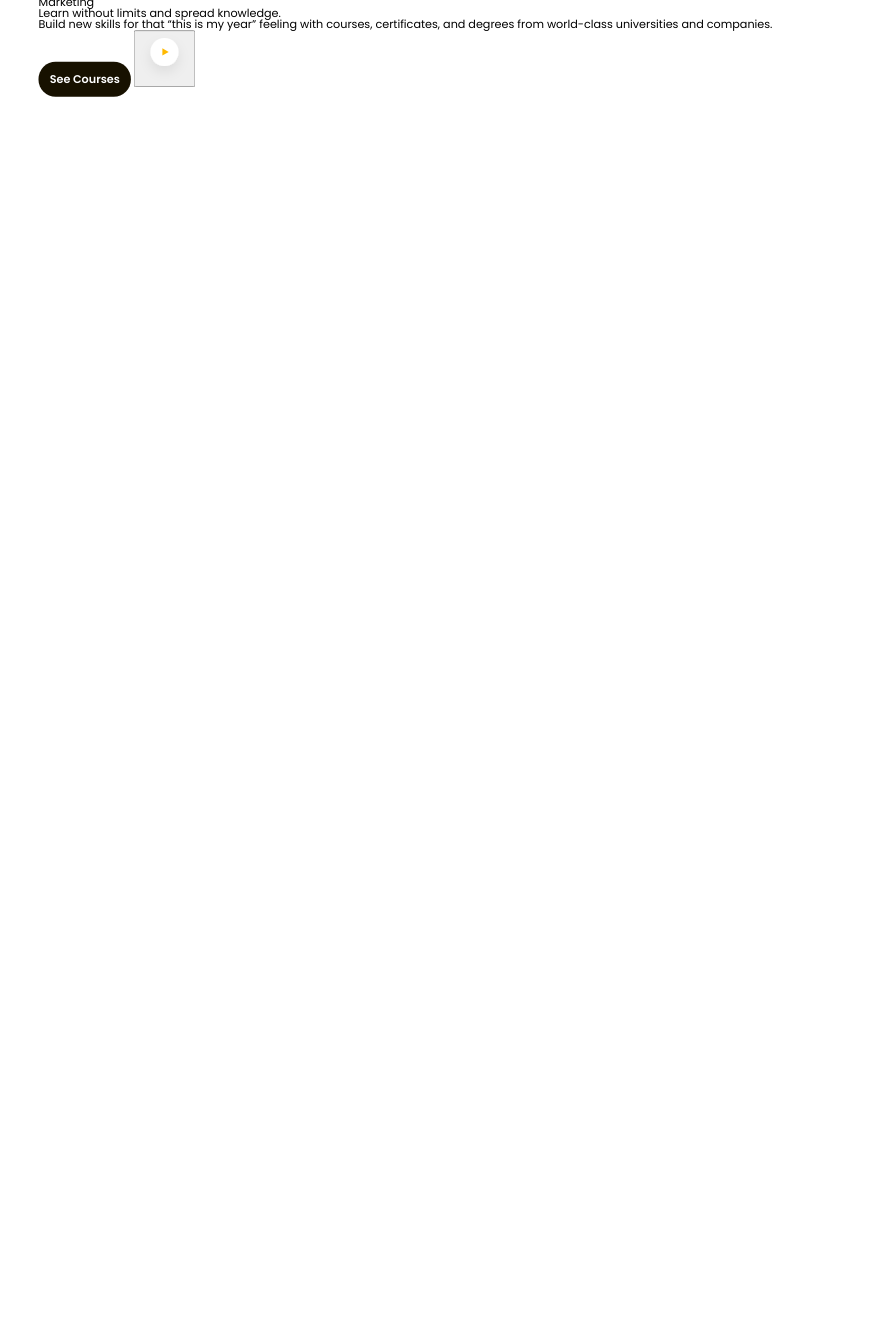
Repository: dongnguyen2112/htmlcss-project-02
Page: index.html
The author's editor kept a copy of each file at every save. The page is drawn from the files as they stood at one save, then again after a run of saves.
The browser window is 1280 px wide. The pictures show the part of the page from y = 965 to 2865 px (the page is 5000 px tall), at 70% of full size.
A picture or video elsewhere on the page could not be fetched, so the positions and the page height are approximate.

Above is the page before, as saved 2023-07-03 13:33:28.

After the next 2 saves:
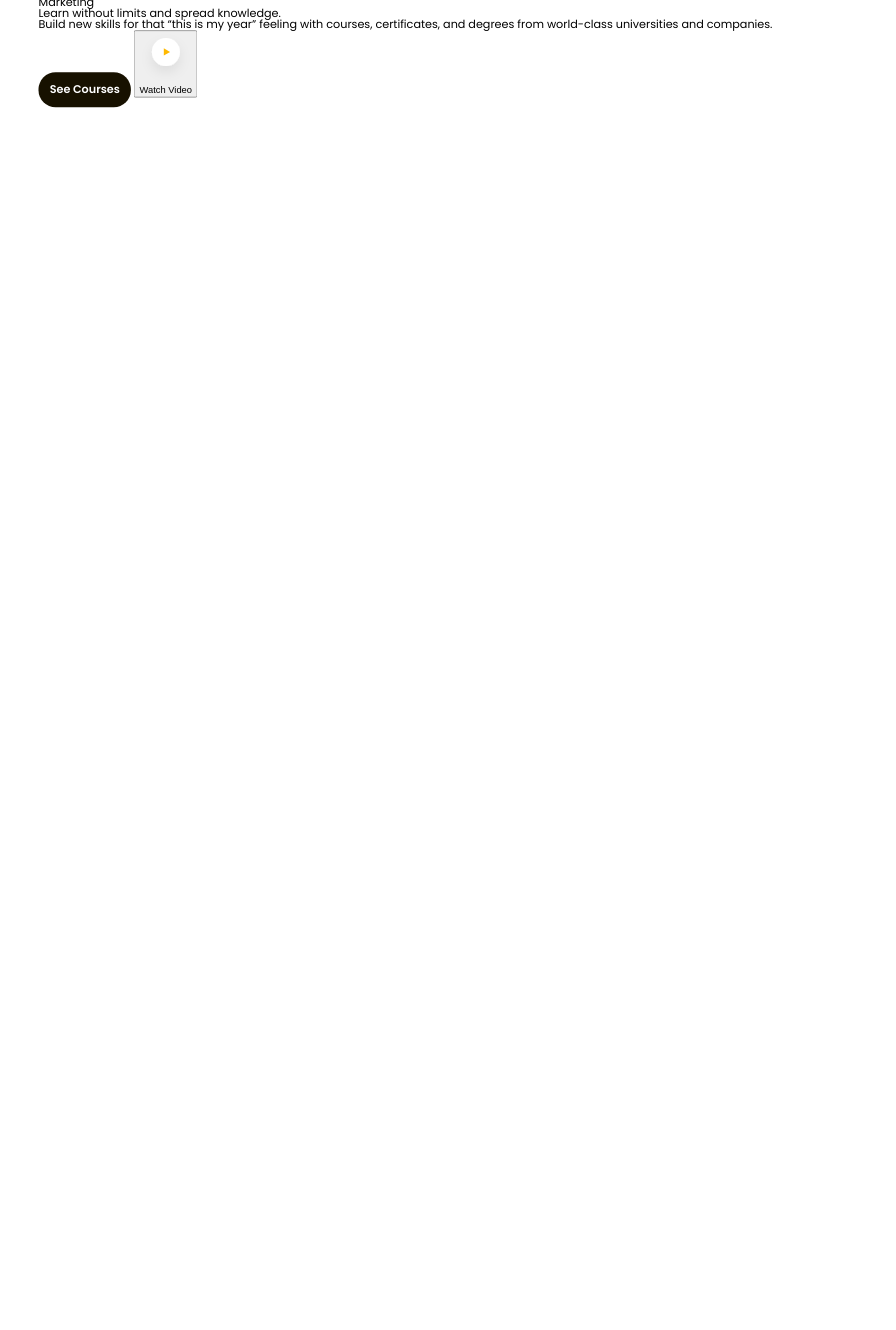
The 2 saves are shown as one change because they came seconds apart.
The last was saved 16 s later.
--- a/index.html
+++ b/index.html
@@ -95,7 +95,7 @@
                                     <div class="icon">
                                         <img src="./assets/icon/play.svg" alt="">
                                     </div>
-
+                                    <span>Watch Video</span>
                                 </button>
                             </div>
                         </div>
